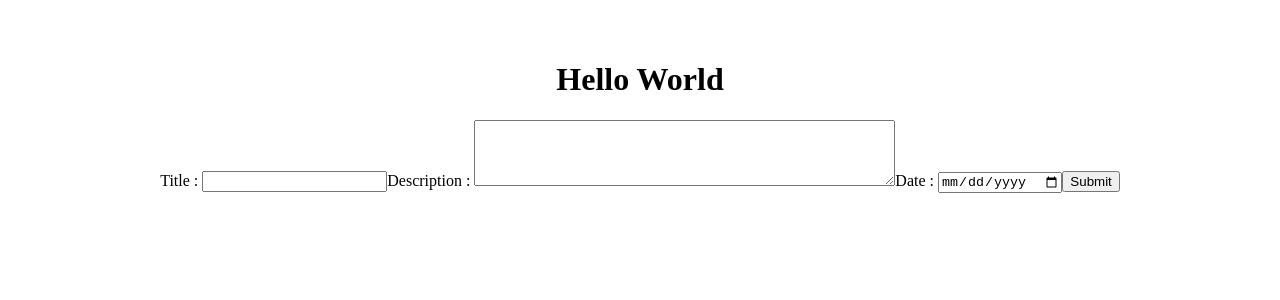
Repository: VishwaGoswami1407/todo-react-frontend
Page: /
The author's editor kept a copy of each file at every save. The page is drawn from the files as they stood at one save, then again after the next save.
The browser window is 1280 px wide. The pictures show the whole page.
The project was rebuilt for these pictures with package versions that can differ from the ones it lists, and the page was loaded fresh each time. Also part of the build but not shown: vite.config.js.

Above is the page before, as saved 2024-10-27 23:19:32.

After the next save:
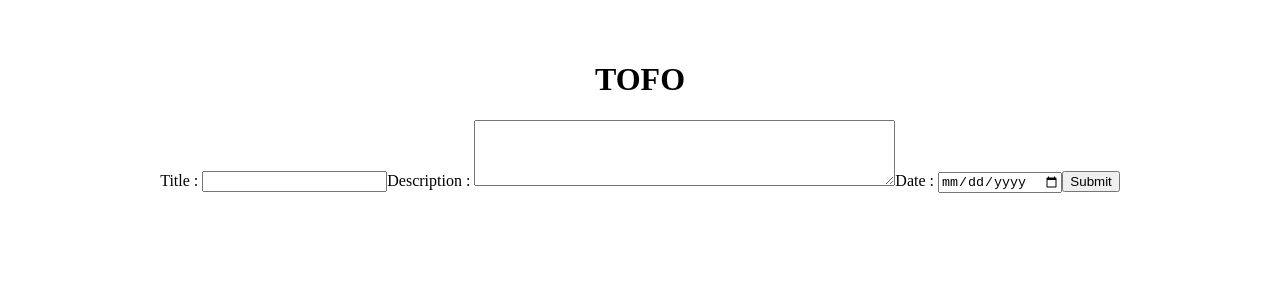
Saved 11 s later.
--- a/src/App.jsx
+++ b/src/App.jsx
@@ -4,7 +4,7 @@ function App() {
 
   return (
     <>
-     <h1>Hello World</h1>
+     <h1>TOFO</h1>
      <label>Title : </label>
      <input type="text" name="title" />
      <label>Description : </label>
